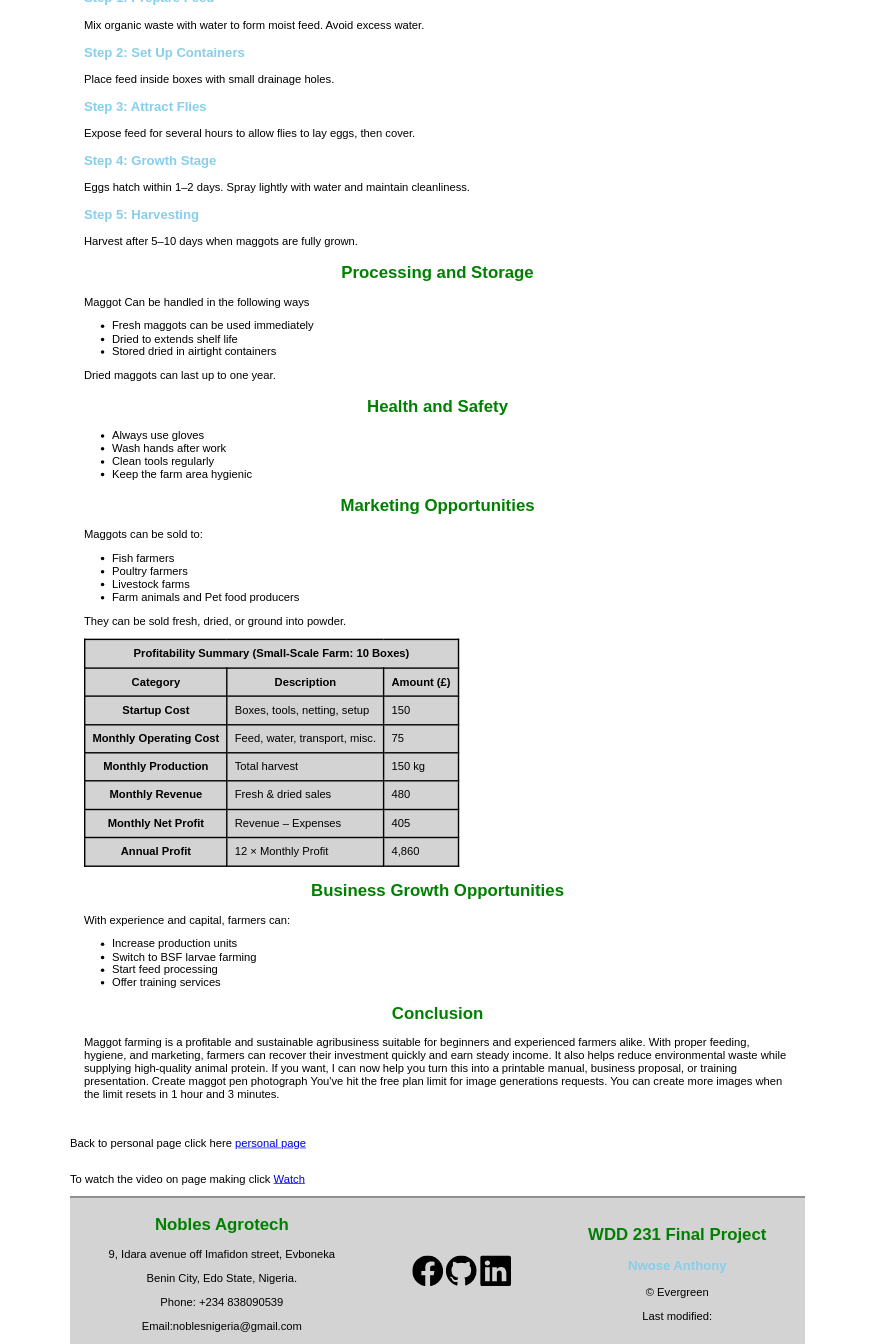
Repository: NoblesNigeria/articles
Page: maggot/index.html
These files come from the project's save history. The page is drawn as it stood at one moment and after a run of saves; the edit follows.
The browser window is 1280 px wide. The pictures show the part of the page from y = 1749 to 3669 px (the page is 3669 px tall before and 3619 px after), at 70% of full size.

Above is the page before, as saved 2026-02-18 18:38:22.
Console error: TypeError: Cannot read properties of null (reading 'addEventListener')

### maggot/index.html
<!DOCTYPE html>
<html lang="en">
<head>
    <meta charset="UTF-8">
    <meta name="viewport" content="width=device-width, initial-scale=1.0">
    <meta name="description" content="This is the business directory page for the Chamber of Commerce, We connect businesses and foster growth in our community.">
    <meta name="author" content="Nwose Anthony">
    <meta property="og:title" content="Evergreen Chamber of Commerce">
    <meta property="og:description" content="Evergreen Chamber of Commerce - Connecting Businesses, Fostering Growth">
    <meta property="og:image" content=" https://noblesnigeria.github.io/wdd231/chamber/images/image.jpg">
    <meta property="og:url" content=" https://noblesnigeria.github.io/chamber/directory.html">
    <link rel="stylesheet" href="styles/normalize.css">
    <link rel="stylesheet" href="styles/final-small.css">
    <link rel="stylesheet" href="styles/final-medium.css">
    <link rel="stylesheet" href="styles/final-large.css">
    <script src="scripts/final.js" defer></script>
    <link rel="icon" href="favicon.ico">
    <title>Nobles Agricultural Technology</title>
    <link rel="preconnect" href="https://fonts.googleapis.com">
    <link rel="preconnect" href="https://fonts.gstatic.com" crossorigin>
    <link href="https://fonts.googleapis.com/css2?family=Roboto:wght@100..900&display=swap" rel="stylesheet">
</head>
<body>
    <header>
        <img src="images/book.svg" alt="Chamber Logo">
        <span>Nobles Maggot Farm</span>
        <button id="ham-btn" class="hamburger"></button>
    </header>
    <nav id="navigation" class="navigate">
        <ul>
            <li><a href="https://noblesnigeria.github.io/wdd231/final-project/index.html">projects</a></li>
            <li><a href="https://noblesnigeria.github.io/wdd231/final-project/farm-galleries.html">Galleries</a></li>
            <li><a href="https://noblesnigeria.github.io/wdd231/final-project/final.html">final</a></li>
            <li><a href="https://noblesnigeria.github.io/wdd231/index.html">Home</a></li>
        </ul>
    </nav>
    <main>
        <h1>A Complete Guide to Maggot Farming</h1>
        <h2>Introduction</h2>
        <p>Maggot farming is the practice of breeding fly larvae for use as animal feed, fishing bait, and organic protein supplements. It is widely used in fish and poultry farming because maggots grow fast, require little capital, and provide high nutritional value.

           With proper management, maggot farming can become a reliable source of income for small- and medium-scale farmers.</p>
        <h2>Benefits of Maggot Farming</h2>
        <p>There're lots of benefits in maggot farming.</p>
        <ul>
            <li>Low startup and operating cost</li>
            <li>Fast growth cycle (7–14 days)</li>
            <li>High market demand</li>
            <li>Environmentally friendly waste recycling</li>
            <li>High return on investment</li>
        </ul>
         <table class="nutrient">
            <thead>
                <tr>
                    <th colspan="3" id="clear">
                        Nutrient Composition of Dried Maggots (Per 1 kg)
                    </th>
                </tr>

                <tr id="card">
                    <th>Nutrient</th>
                    <th>Approximated Amount</th>
                    <th>Unit</th>
                </tr>
            </thead>
            <tbody>
                <tr>
                    <th>Energy</th>
                    <td>4,300 - 4,800</td>
                    <td>kcal</td>
                </tr>
                <tr>
                    <th>Crude protein</th>
                    <td>400 - 550</td>
                    <td>g</td>
                </tr>
                <tr>
                    <th>Crude fat</th>
                    <td>250 - 350</td>
                    <td>g</td>
                </tr>
                <tr>
                    <th>Carbohydrate</th>
                    <td>50 - 100</td>
                    <td>g</td>
                </tr>
                <tr>
                    <th>Fibre (chitin)</th>
                    <td>50 - 80</td>
                    <td>g</td>
                </tr>
                <tr>
                    <th>Ash (minerals)</th>
                    <td>40 - 60</td>
                    <td>g</td>
                </tr>
                <tr>
                    <th>Moisture</th>
                    <td>50 - 100</td>
                    <td>g</td>
                </tr>
            </tbody>
        </table>
        <h2>Common Types of Maggots</h2>
        <h3>Housefly Maggots</h3>
        <ul>
            <li>Easy to produce</li>
            <li>Suitable for beginners</li>
            <li>Fast reproduction</li>
        </ul>
        <h3>Black Soldier Fly (BSF) Larvae</h3>
        <ul>
            <li>Higher protein content</li>
            <li>Less odor</li>
            <li>Better for large-scale production</li>
        </ul>
        <p>Beginners are advised to start with housefly maggots.</p>
        <h2>Materials Required</h2>
        <p>To begin maggot farming, you will need:</p>
        <ul>
            <li>Rearing boxes or trays</li>
            <li>Organic waste (fish scraps, bran, poultry drops, blood meal, peels)</li>
            <li>Wire mesh or netting</li>
            <li>Water sprayer</li>
            <li>Gloves and cleaning tools</li>
            <li>Shade cover</li>
        </ul>
        <h2>Site Selection</h2>
        <p>Choose a place that is:</p>
        <ul>
            <li>Well ventilated</li>
            <li>Shaded from direct sunlight</li>
            <li>Away from homes</li>
            <li>Protected from rain</li>
            <li>Free from predators eg lizards</li>
        </ul>
        <p>Recommended temperature: 25°C–35°C</p>
        <h2>Production Process</h2>
        <h3>Step 1: Prepare Feed</h3>
        <p>Mix organic waste with water to form moist feed. Avoid excess water.</p>
        <h3>Step 2: Set Up Containers</h3>
        <p>Place feed inside boxes with small drainage holes.</p>
        <h3>Step 3: Attract Flies</h3>
        <p>Expose feed for several hours to allow flies to lay eggs, then cover.</p>
        <h3>Step 4: Growth Stage</h3>
        <p>Eggs hatch within 1–2 days. Spray lightly with water and maintain cleanliness.</p>
        <h3>Step 5: Harvesting</h3>
        <p>Harvest after 5–10 days when maggots are fully grown.</p>
        <h2>Processing and Storage</h2>
        <p>Maggot Can be handled in the following ways</p>
        <ul>
            <li>Fresh maggots can be used immediately</li>
            <li>Dried to extends shelf life</li>
            <li>Stored dried in airtight containers</li>
        </ul>
        <p>Dried maggots can last up to one year.</p>
        <h2>Health and Safety</h2>
        <ul>
            <li>Always use gloves</li>
            <li>Wash hands after work</li>
            <li>Clean tools regularly</li>
            <li>Keep the farm area hygienic</li>
        </ul>
        <h2>Marketing Opportunities</h2>
        <p>Maggots can be sold to:</p>
        <ul>
            <li>Fish farmers</li>
            <li>Poultry farmers</li>
            <li>Livestock farms</li>
            <li>Farm animals and Pet food producers</li>
        </ul>
        <p>They can be sold fresh, dried, or ground into powder.</p>
        <table class="profitability">
            <thead>
                <tr>
                    <th colspan="3">
                        Profitability Summary (Small-Scale Farm: 10 Boxes)
                    </th>
                </tr>

                <tr>
                    <th>Category</th>
                    <th>Description</th>
                    <th>Amount (£)</th>
                </tr>
            </thead>
            <tbody>
                <tr>
                    <th>Startup Cost</th>
                    <td>Boxes, tools, netting, setup</td>
                    <td>150</td>
                </tr>
                <tr>
                    <th>Monthly Operating Cost</th>
                    <td>Feed, water, transport, misc.</td>
                    <td>75</td>
                </tr>
                <tr>
                    <th>Monthly Production</th>
                    <td>Total harvest</td>
                    <td>150 kg</td>
                </tr>
                <tr>
                    <th>Monthly Revenue</th>
                    <td>Fresh & dried sales</td>
                    <td>480</td>
                </tr>
                <tr>
                    <th>Monthly Net Profit</th>
                    <td>Revenue – Expenses</td>
                    <td>405</td>
                </tr>
                <tr>
                    <th>Annual Profit</th>
                    <td>12 × Monthly Profit</td>
                    <td>4,860</td>
                </tr>
            </tbody>
        </table>

        <h2>Business Growth Opportunities</h2>
        <p>With experience and capital, farmers can:</p>
        <ul>
            <li>Increase production units</li>
            <li>Switch to BSF larvae farming</li>
            <li>Start feed processing</li>
            <li>Offer training services</li>
        </ul>

        <h2>Conclusion</h2>
        <p>Maggot farming is a profitable and sustainable agribusiness suitable for beginners and experienced farmers alike. With proper feeding, hygiene, and marketing, farmers can recover their investment quickly and earn steady income.

It also helps reduce environmental waste while supplying high-quality animal protein.

If you want, I can now help you turn this into a printable manual, business proposal, or training presentation.

Create maggot pen photograph

You've hit the free plan limit for image generations requests. You can create more images when the limit resets in 1 hour and 3 minutes.</p>

    </main>
    <p> Back to personal page click here <a href="https://noblesnigeria.github.io/wdd231/index.html"> personal page</a></p>
    <p>To watch the video on page making click <a href="https://app.screencastify.com/watch/4KcYn3ku5BtcIechrisi?checkOrg=2b556cc6-6db3-4d8e-972a-422a65bee404">Watch</a></p>
    <footer>
        <aside class="contact">
            <h2>Nobles Agrotech</h2>
            <p>9, Idara avenue off Imafidon street, Evboneka </p>
            <p>Benin City, Edo State, Nigeria.</p>
            <p>Phone: +234 838090539</p>
            <p>Email:noblesnigeria@gmail.com</p>
        </aside>
        <aside class="media">
            <a href="https://github.com/NoblesNigeria"><img src="images/facebook.svg" alt="facebook" width="100" height="100"></a>
            <a href="https://github.com/NoblesNigeria"><img src="images/github.svg" alt="Github" width="100" height="100"></a>
            <a href="https://github.com/NoblesNigeria"><img src="images/linkedin.svg" alt="Linkedin" width="100" height="100"></a>
        </aside>
        <aside class="copy-right">
            <h2>WDD 231 Final Project</h2>
            <h3>Nwose Anthony</h3>
            <p>&copy; <span class="current-year"></span> Evergreen</p>
            <p>Last modified: <span class="lastModified"></span></p>
        </aside>
    </footer>
</body>
</html>

### maggot/styles/final-small.css
body{
    display:grid;
    grid-template-columns: auto;
    font-family: Arial, sans-serif;
    padding: 0;
    align-items: center;
}
#card{
    background-color: gray;
}
#clear{
    background-color: lightblue;
}
.profitability{
    background-color: lightgray;
}
h2{
    color:green;
    text-align: center;
}
h3{
    color:skyblue;
}
header{
    display:grid;
    grid-template-columns: 24px auto 44px;
    gap:10px;
    align-items:center;
    background-color: lightgrey;
    text-align: center;
}
header img{
    width:100%;
}
h1{
    color: blue;
    text-align: center;
}
.hamburger{
    border:none;
    cursor:pointer;
    font-size: 32px;
}
.hamburger::before{
    content: "\2630";
    font-size: 32px;
}
.hamburger.show::before{
    content: "\2715";
}
.navigate{
    display:none;
}
.navigate.show{
    display:block;
}
nav ul{
    list-style-type: none;
    display:block;
}
nav a:hover{
    color: purple;
}
.dove{
    color: red;
}
.jump{
    color: green;
}
main{
    padding: 20px;
}
#directory-entries section{
    display: grid;
    grid-template-columns: 1fr;
    grid-template-areas:
    "image"
    "name"
    "description"
    ;
    border: 2px solid blue;
    padding: 30px;
    margin-top: 10px;
}
#directory-entries img{
    grid-area: image;
    width: 350px;
    height: 250px;
}
#directory-entries h2{
    grid-area: name;
}
#directory-entries p{
    grid-area: description;
}
.profitability,th, td {
    border: 2px  solid black;
    padding: 10px;
}
.nutrient{
    border-collapse: collapse;
}
.profitability{
    border-collapse: collapse;
}
#register{
    padding: 10px;
    display:grid;
    background-color: gray;
}
label input{
    display:flex;
    padding: 5px;
}
button:hover{
    background-color: green;
}
#notification{
    padding: 5px;;
    width: 80px;
    margin-top: 5px;
}
#address{
    color: green;
}
footer{
    border-top: 1px solid black;
    padding-top: 5px;
    text-align: center;
    background-color: lightgrey;
}

.media img{
    width:44px;
    height:44px;
}

### maggot/styles/final-medium.css
@media only screen and (min-width: 38rem){
    #directory-entries section{
        display: grid;
        grid-template-columns: 1fr;
        grid-template-areas:
        "image name"
        "image description"
        ;
        border: 2px solid blue;
        padding: 30px;
        margin-top: 10px;
    }
    #directory-entries img{
        width: 350px;
        height: 350px;
    }
    #register{
        width: 400px;
        margin-left: 250px;
    }

}

### maggot/styles/final-large.css
@media only screen and (min-width: 50rem) {
    body{
        width: 1050px;
        margin-left: 100px;
    }
    header{
        grid-template-columns: 24px auto;
        font-size: 42px;
        padding: 15px;
    }
    #navigation{
        display:block;
        padding: 5px;
    }
    .hamburger{
        display:none;
    }
    .navigate ul{
        display:flex;
        flex-direction: row;
        gap: 15px;
    }
    footer{
        display: grid;
        grid-template-columns: auto auto auto;
        align-items: center;
    }
    .contact{
        grid-column: 1;
    }
    .media{
        grid-column: 2;
        justify-content: center;
    }
    .copy-right{
        grid-column: 3;
    }
    #directory-entries{
        display: grid;
        grid-template-columns: 1fr 1fr;
    }
    #directory-entries p{
        padding: 10px;
    }
}

### maggot/scripts/final.js

const details = './data/final.json';
const cards = document.querySelector('#directory-entries');

let allGallery = [];

// Wait for DOM to load
document.addEventListener('DOMContentLoaded', () => {
    getDetails();
});

// Fetch data
async function getDetails() {
    try {
        const response = await fetch(details);

        // Check if request was successful
        if (!response.ok) {
            throw new Error(`HTTP error! Status: ${response.status}`);
        }

        const data = await response.json();

        // Make sure gallery exists
        if (!data.gallery || !Array.isArray(data.gallery)) {
            throw new Error('Invalid JSON format: "gallery" not found');
        }

        allGallery = data.gallery;

        displayDetails(allGallery);

    } catch (error) {
        console.error('Error loading gallery:', error);
        cards.innerHTML = '<p>Failed to load gallery data.</p>';
    }
}

// Display members
function displayDetails(gallery) {
    cards.innerHTML = ''; // Clear cards

    gallery.forEach(member => {
        const card = document.createElement('section');
        card.classList.add('member-card');

        const h2 = document.createElement('h2');
        h2.textContent = member.name || 'No Name';

        const img = document.createElement('img');
        img.src = member.image || 'images/placeholder.jpg';
        img.alt = member.name || 'Gallery image';
        img.loading = 'lazy';

        const description = document.createElement('p');
        description.textContent = member.description

        card.append(h2, img, description);
        cards.appendChild(card);
    });
}

const ham = document.querySelector('#ham-btn');
const nav = document.querySelector('#navigation');
ham.addEventListener('click', () => {
    nav.classList.toggle('show');
    ham.classList.toggle('show');
});



const notify= document.getElementById('notification');
const inform= document.getElementById('info');
const signUp= document.getElementById('sign-up');

notify.addEventListener("click", () => {
    inform.showModal();
});

signUp.addEventListener("click", () => {
    inform.close();
});

### maggot/data/final.json
{
  "gallery": [
    {
      "name": "maggot-pen1",
      "description": "A commercial maggot pen designed for large-scale production, featuring multiple compartments for different stages of maggot development and easy access for harvesting.",
      "image": "images/modern-maggot-pen1.webp"
    },
    {
      "name": "maggot-pen2",
      "description": "A modern maggot pen designed for efficient breeding and harvesting of maggots, featuring a controlled environment to optimize growth and minimize odors.",
      "image": "images/modern-maggot-pen2.webp"
    },
    {
      "name": "maggot-pen3",
      "description": "A traditional maggot pen that incorporates sustainable materials and advanced ventilation systems to enhance the breeding process.",
      "image": "images/maggot-pen3.webp"
    },
    {
      "name": "Adult maggot",
      "description": "A full developed maggot, from a grow out tray, ready for processing.",
      "image": "images/maggot1.webp"
    },
    {
      "name": "Grown maggot",
      "description": "Harvesting maggot from a grow out tray.",
      "image": "images/maggot2.webp"
    },
    {
      "name": "Maggot Harvesting",
      "description": "Harvesting maggot in a grow out tray.",
      "image": "images/maggot8.webp"
    },
    {
      "name": "Maggot substrate",
      "description": "A composed substrate that serves as food for larva. Use cheap substrate such as poultry drops.",
      "image": "images/maggot7.webp"
    },
    {
      "name": "Powdered Maggot",
      "description": "A powdered maggot product, fully processed for animal concentrate and feed production.",
      "image": "images/maggot5.webp"
    },
    {
      "name": "Modern drying facility",
      "description": "A modern maggot drying facility for industrial and commercial maggot production.",
      "image": "images/maggot-modern-processing.webp"
    },
    {
      "name": "Traditional processing",
      "description": "A local processing facility using economical and low-cost processing techniques.",
      "image": "images/maggot-local-processing2.webp"
    }
  ]
}

Loaded but not shown: maggot/styles/normalize.css (library)

After the next 2 saves:
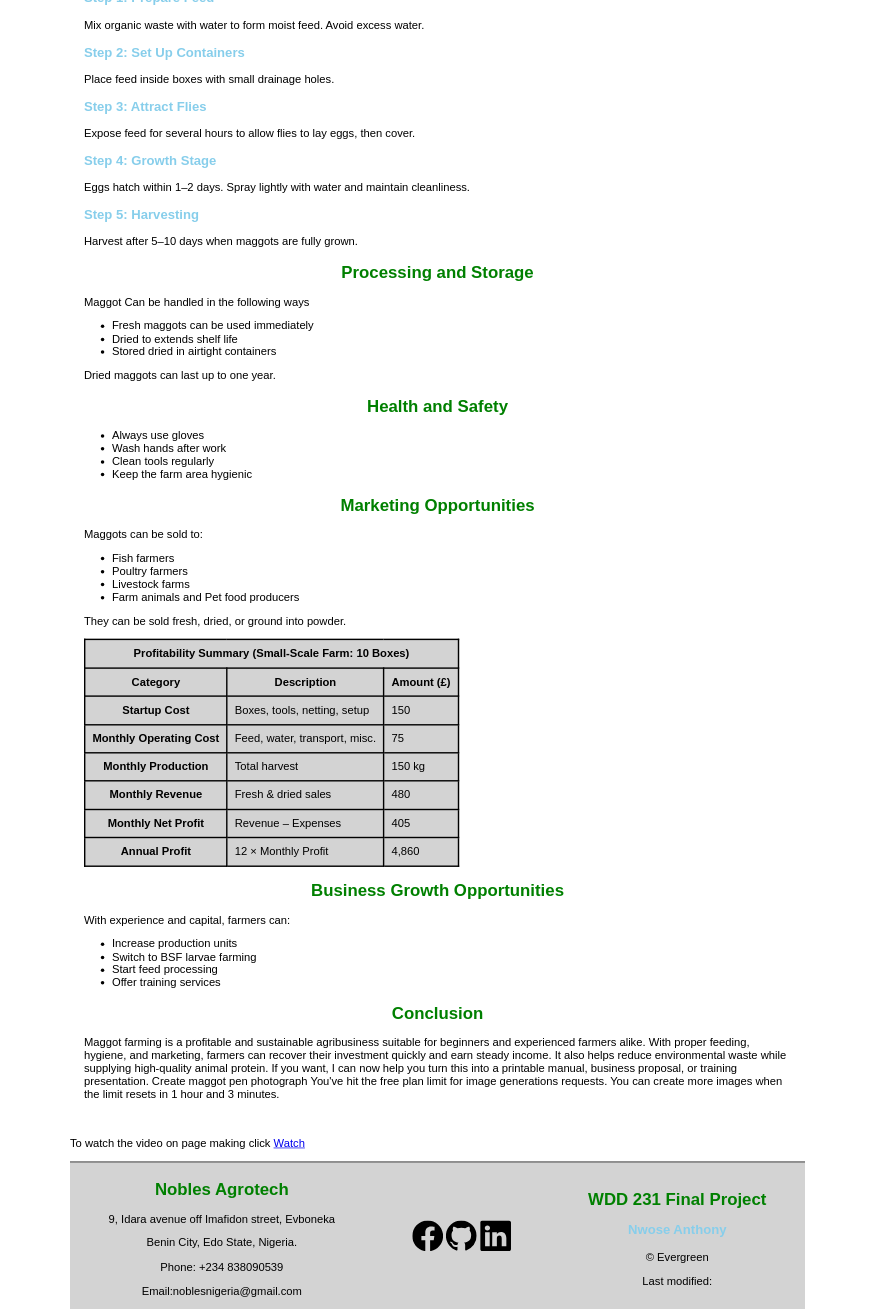
The 2 saves are shown as one change because they came seconds apart.
The last was saved 4 days later.
--- a/maggot/index.html
+++ b/maggot/index.html
@@ -239,7 +239,6 @@ Create maggot pen photograph
 You've hit the free plan limit for image generations requests. You can create more images when the limit resets in 1 hour and 3 minutes.</p>
 
     </main>
-    <p> Back to personal page click here <a href="https://noblesnigeria.github.io/wdd231/index.html"> personal page</a></p>
     <p>To watch the video on page making click <a href="https://app.screencastify.com/watch/4KcYn3ku5BtcIechrisi?checkOrg=2b556cc6-6db3-4d8e-972a-422a65bee404">Watch</a></p>
     <footer>
         <aside class="contact">
